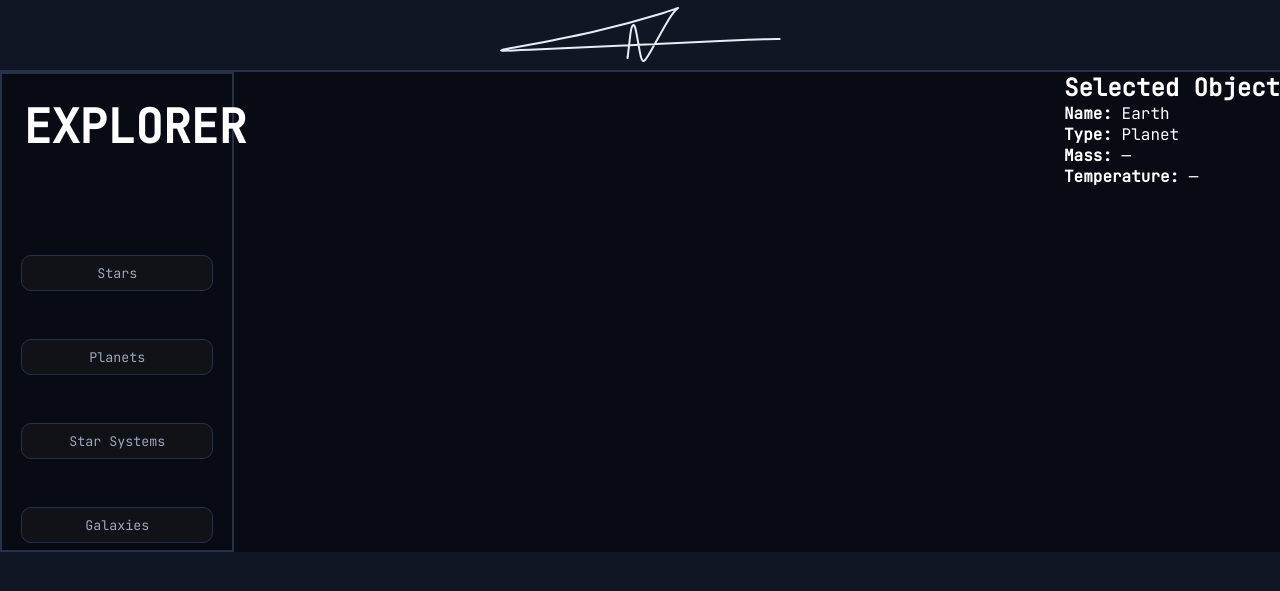
Repository: nico-madruga/Universe
Page: front-end/html/index.html
The author's editor kept a copy of each file at every save. The page is drawn from the files as they stood at one save, then again after the next save.
The browser window is 1280 px wide. The pictures show the whole page.

Above is the page before, as saved 2026-09-28 17:50:28.

### front-end/html/index.html
<!DOCTYPE html>
<html lang="en">
<head>
    <meta charset="UTF-8">
    <meta name="viewport" content="width=device-width, initial-scale=1.0">
    <link href='https://fonts.googleapis.com/css?family=JetBrains Mono' rel='stylesheet'>
    <link rel="stylesheet" href="../css/style.css">
    <title>Universe</title>

    <link rel="stylesheet" href="../css/style.css">
</head>

<body>

    <header>
        <img src="/front-end/imgs/Vector 1.svg">
    </header>


    <main class="layout">

        <aside class="sidebar">

            <h2>EXPLORER</h2>

            <nav>
                <button class="standard_button">Stars</button>
                <button class="standard_button">Planets</button>
                <button class="standard_button">Star Systems</button>
                <button class="standard_button">Galaxies</button>
            </nav>

        </aside>


                <div class="star star-1"></div>
                <div class="star star-2"></div>
                <div class="star star-3"></div>

                <div class="planet"></div>


            <section class="object-info">

                <h2>Selected Object</h2>

                <div class="info-grid">

                    <p>
                        <strong>Name:</strong>
                        Earth
                    </p>

                    <p>
                        <strong>Type:</strong>
                        Planet
                    </p>

                    <p>
                        <strong>Mass:</strong>
                        —
                    </p>

                    <p>
                        <strong>Temperature:</strong>
                        —
                    </p>

                </div>

            </section>

        </section>

    </main>

</body>
</html>

### front-end/css/style.css
:root
{
    --background-color: #101624;
    --planet-background-color: #080B14;
    --button-color: #2222224D;
    --button-border-color-hovered: #222222;
    --button-color-hovered: #263149BF;
    --panels-color: #101624;
    --panel-borders-color: #263149;
    --main-text-color: #E8ECF4;
    --secondary-text-color: #9AA6BA;
    --primary-accent-color: #4CC9F0;
    --secondary-accent-color: #8B7CFF;
    --highlight-color: #A9E8FF;
}

*
{
 padding: 0;
 margin: 0;
 color: white;
 font-family: 'JetBrains Mono';
}

header
{
    display: flex;
    padding: 1vh 0;
    background-color: var(--background-color);
    flex-direction: row-reverse;
    justify-content: space-evenly;
    border-bottom: 2px solid var(--panel-borders-color);
}

header input
{
    align-self: center;
    height: 2rem;
}

body
{
    background-color: var(--background-color);
}

.layout
{
    display: flex;
    justify-content: space-between;
    background-color: var(--planet-background-color);
}

.layout .sidebar
{
    display: flex;
    flex-direction: column;
    text-align: center;
    width: 18vw;
    height: 66vh;
    border: 2px solid var(--panel-borders-color);
}

.sidebar h2
{
    padding: 3vh;
    font-size: 2.9rem;
    font-style: normal;
}

.sidebar nav
{
    display: flex;
    flex-direction: column;
    gap: 48px;
    padding-top: 4.8rem;
}

.standard_button
{
    align-self: center;
    width: 15vw;
    height: 5vh;
    background-color: var(--button-color);
    border: 1px solid var(--panel-borders-color);
    border-style: solid;
    color: var(--secondary-text-color);
    border-radius: 10px;
}

.standard_button:hover
{
    border: 1px solid var(--button-border-color-hovered);
    background-color: var(--button-color-hovered);
    color: var(--secondary-accent-color)
}

.content
{
    display: flex;
}

.content .space
{
    background-color: var(--planet-background-color);
    width: 100%;
}

.content .object-info
{
    width: 18vw;
}

After the next save:
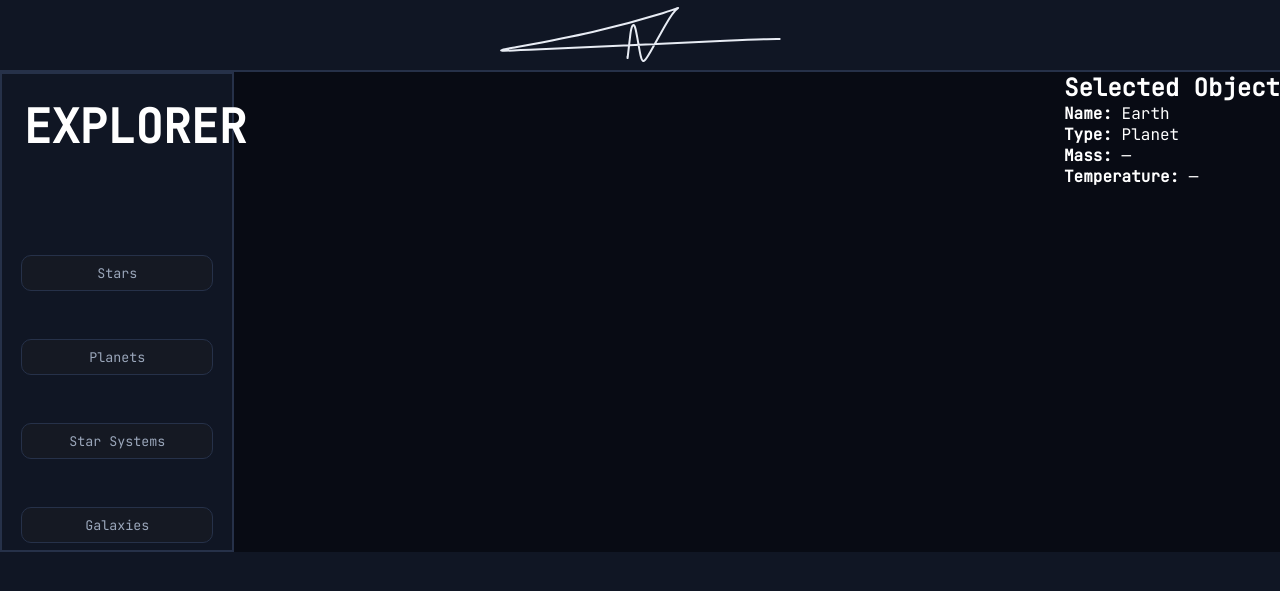
Saved 16 s later.
--- a/front-end/css/style.css
+++ b/front-end/css/style.css
@@ -58,6 +58,7 @@ body
     width: 18vw;
     height: 66vh;
     border: 2px solid var(--panel-borders-color);
+    background-color: var(--panels-color);
 }
 
 .sidebar h2
